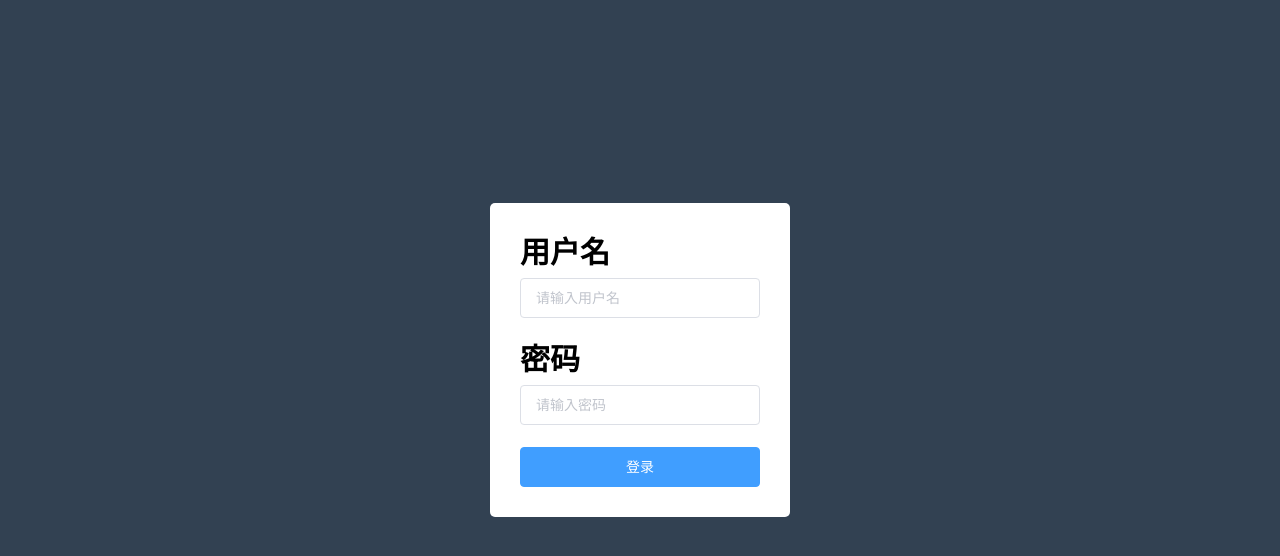
Repository: coWhy/blog-admin
Page: /#/login
These files come from the project's save history. The page is drawn as it stood at one moment and after the next save; the edit follows.
The browser window is 1280 px wide. The pictures show the whole page.
The page's requests for data from a server got no answer. The project was rebuilt for these pictures with package versions that can differ from the ones it lists, and the page was loaded fresh each time. No one was signed in, and anything a server would have sent is missing. Also part of the build but not shown: vue.config.js.

Above is the page before, as saved 2020-04-27 04:01:48.

After the next save:
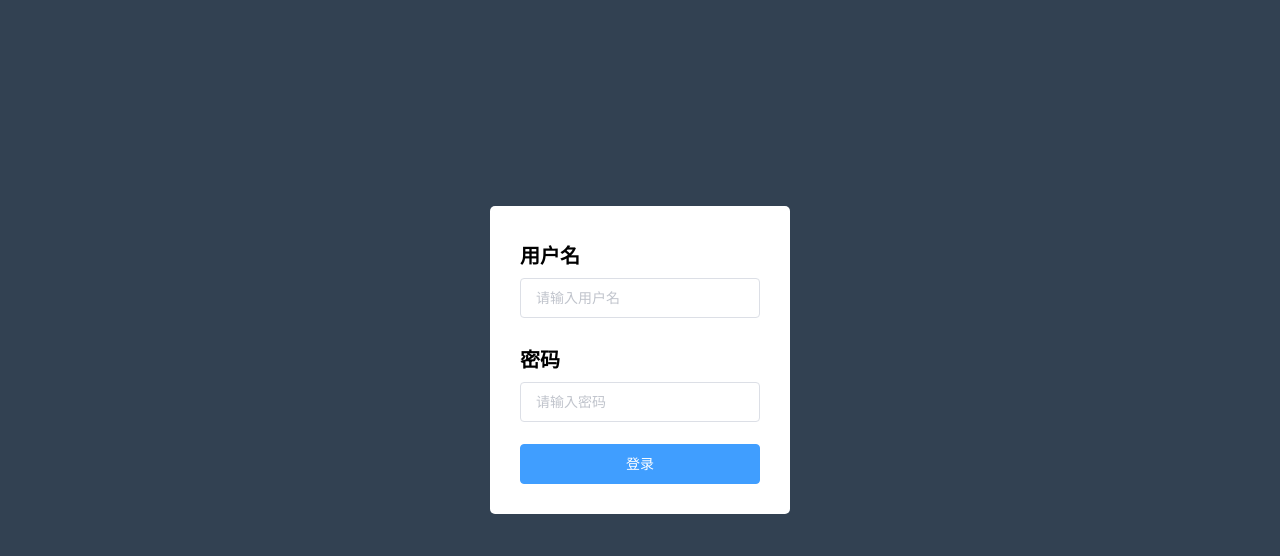
Saved 10 s later.
--- a/src/views/login/index.vue
+++ b/src/views/login/index.vue
@@ -66,7 +66,7 @@ export default {
   width: 100%;
 }
 .label {
-  font-size: 30px;
+  font-size: 20px;
   font-weight: bolder;
 }
 </style>
